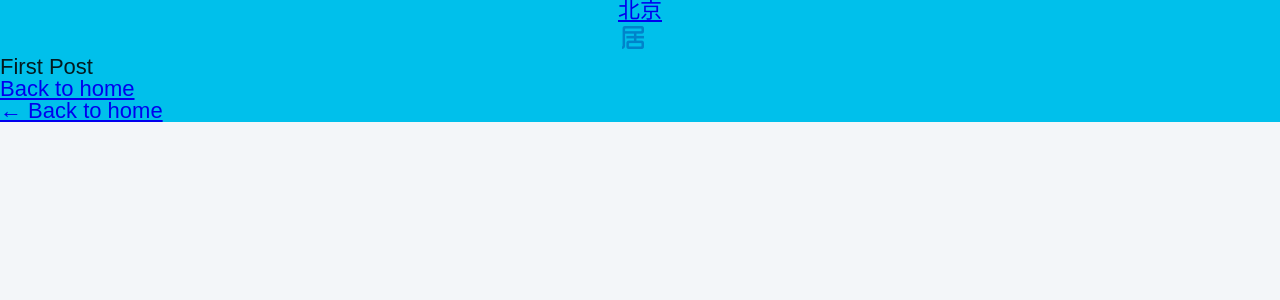
Repository: happy760690/nextjs-react
Page: /posts/first-post
The author's editor kept a copy of each file at every save. The page is drawn from the files as they stood at one save, then again after the next save.
The browser window is 1280 px wide. The pictures show the whole page.
The project was rebuilt for these pictures with package versions that can differ from the ones it lists, and the page was loaded fresh each time. The framework's server and built-in components were replaced by stand-ins that run in the browser. Also part of the build but not shown: next.config.js, styles/utils.module.css.

Above is the page before, as saved 2021-07-09 16:55:09.

After the next save:
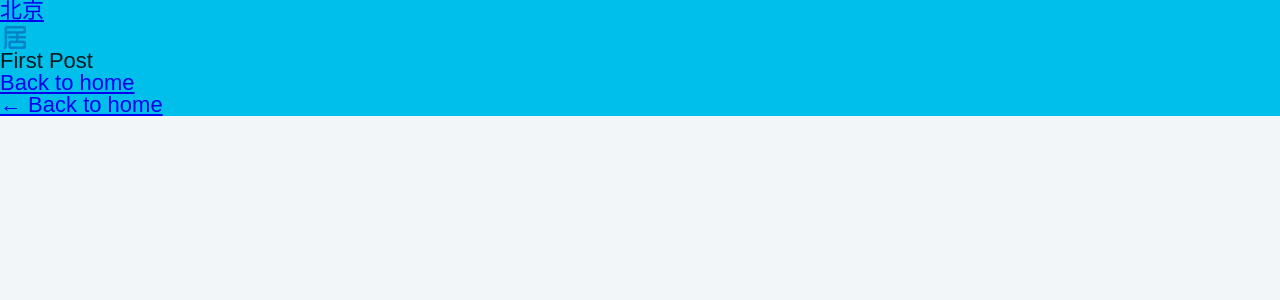
Saved 4 min 54 s later.
--- a/components/headerTemplate.module.scss
+++ b/components/headerTemplate.module.scss
@@ -1,5 +1,4 @@
 .header {
     display: flex;
-    flex-direction: column;
-    align-items: center;
+    height: 50px;
 }
